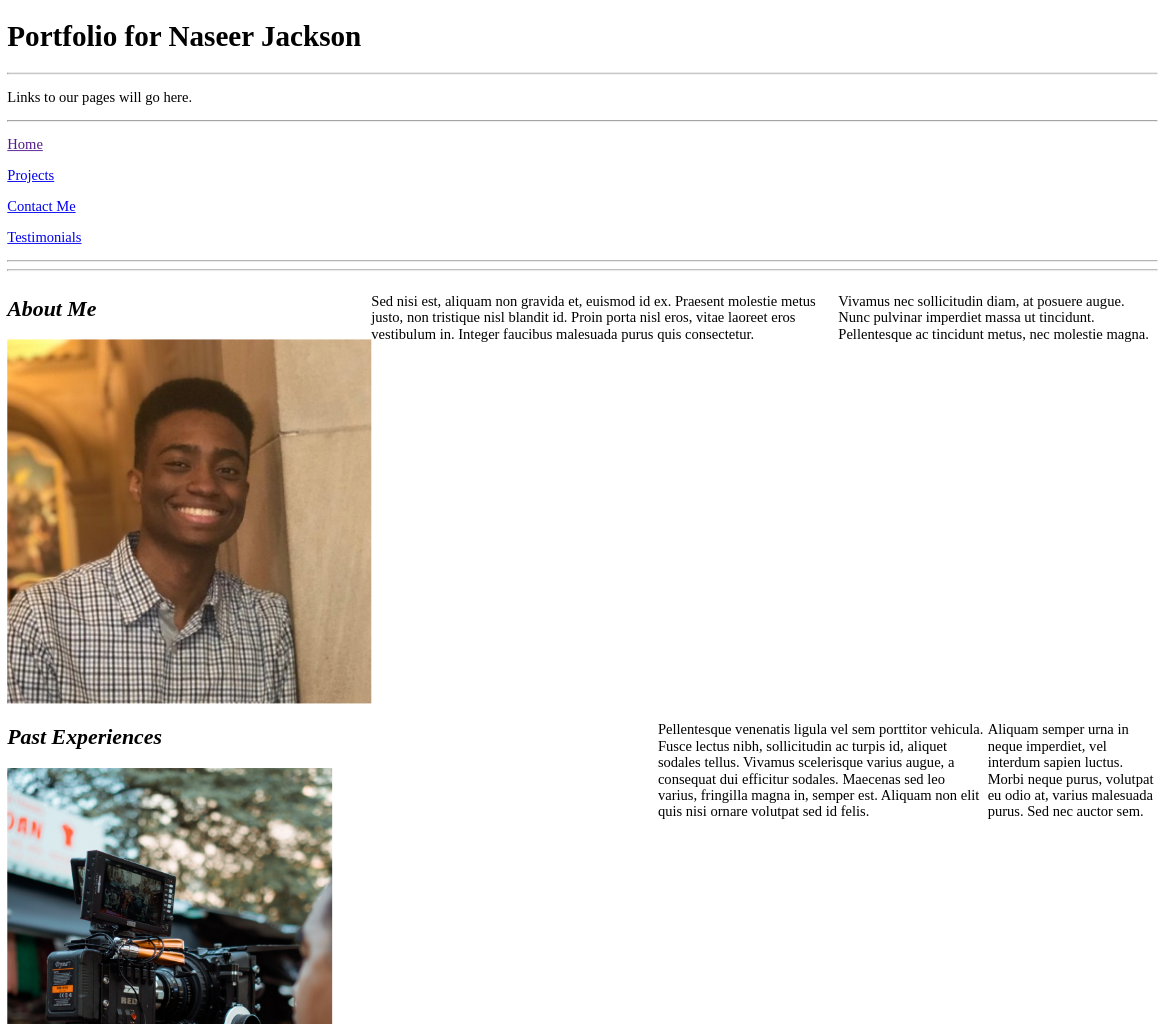
Repository: nj10deadend/Mthree-Intro-to-WebDev
Page: classwork/portfolio/index.html
An editor plug-in stored every save of this project. The page is shown before and after the next save, followed by the edit.
The browser window is 1280 px wide. The pictures show the part of the page from y = 0 to 1125 px (the page is 1570 px tall before and 1436 px after), at 91% of full size.
A picture or video elsewhere on the page could not be fetched, so the positions and the page height are approximate.

Above is the page before, as saved 2021-12-01 09:35:20.

After the next save:
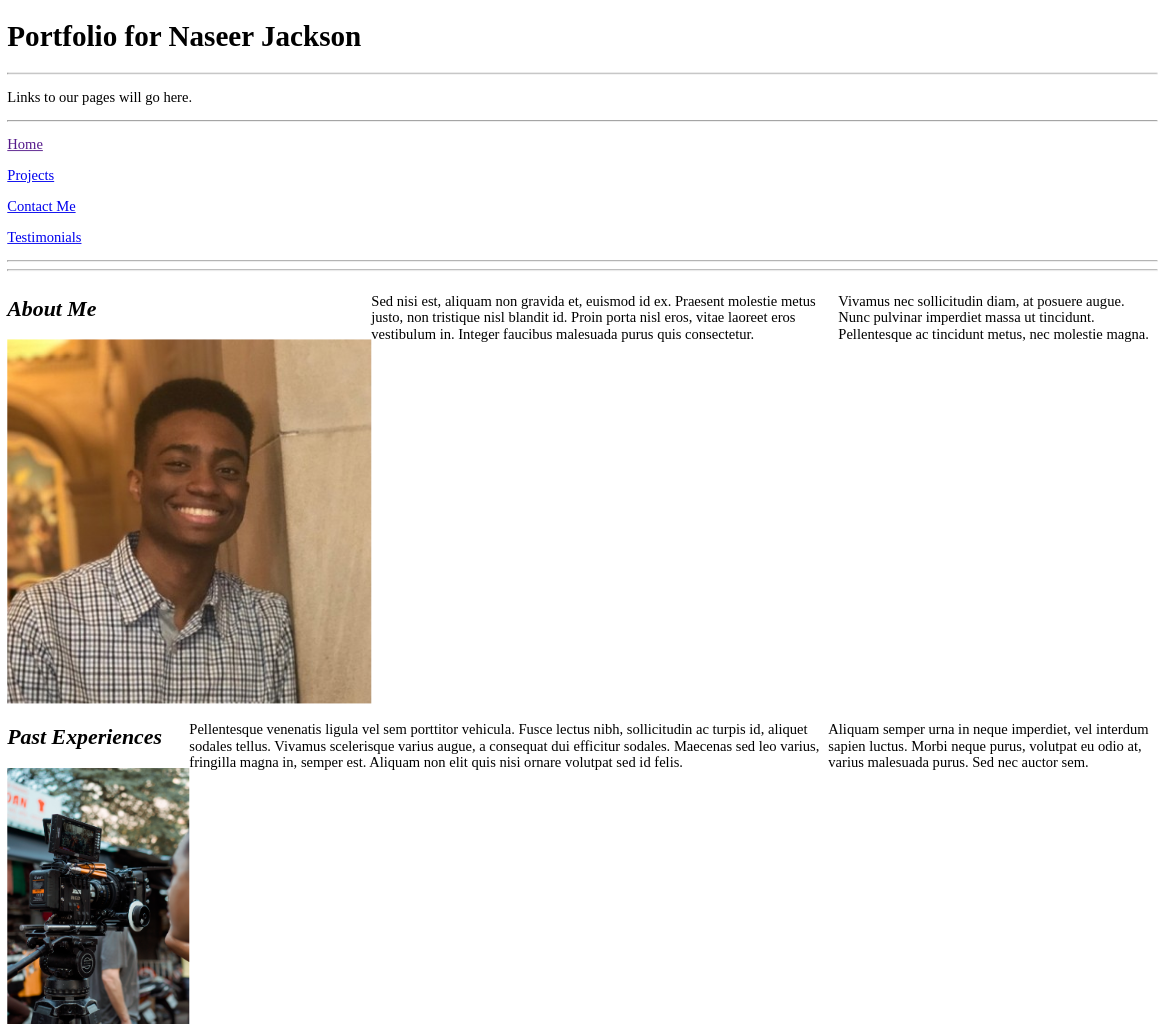
Saved 49 s later.
--- a/classwork/portfolio/styles/styles.css
+++ b/classwork/portfolio/styles/styles.css
@@ -4,5 +4,7 @@ article {
 }
 
 .images {
-    max-width: 50%;
+    /* max-width: 50%; */
+    width: 200px;
+    height: auto;
 }
